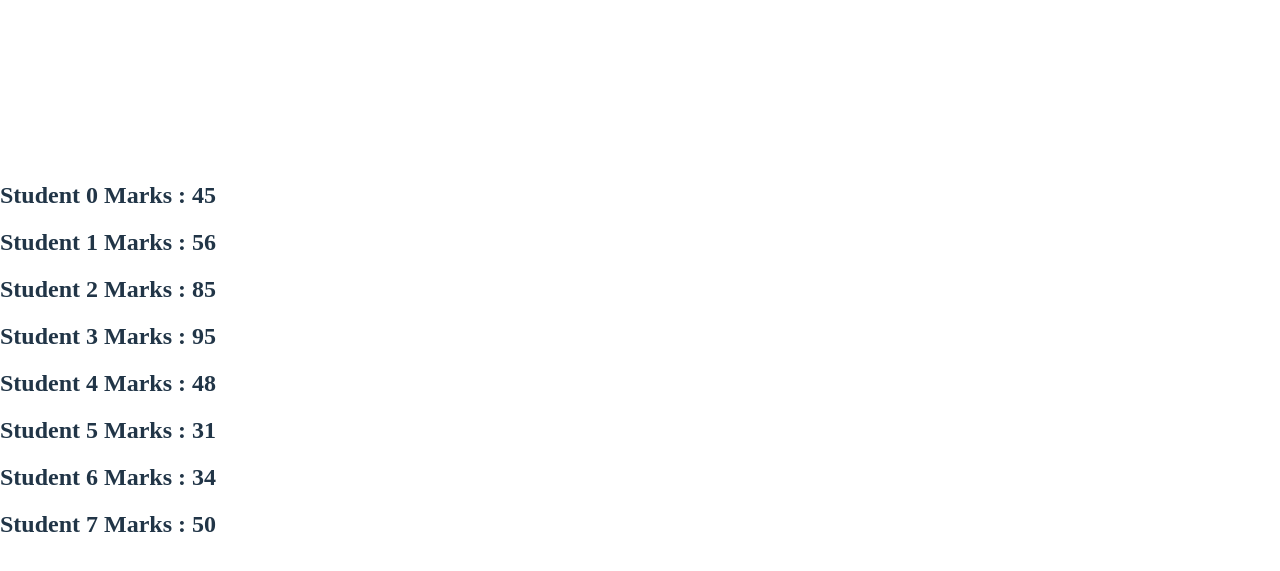
Repository: robin-webdev/frontend
Page: / (app in Reactjs/Reactjs_01/)
These files come from the project's save history. The page is drawn as it stood at one moment and after the next save; the edit follows.
The browser window is 1280 px wide. The pictures show the whole page.
The project was rebuilt for these pictures with package versions that can differ from the ones it lists, and the page was loaded fresh each time. Also part of the build but not shown: Reactjs/Reactjs_01/vite.config.js.

Above is the page before, as saved 2026-01-17 23:25:41.

After the next save:
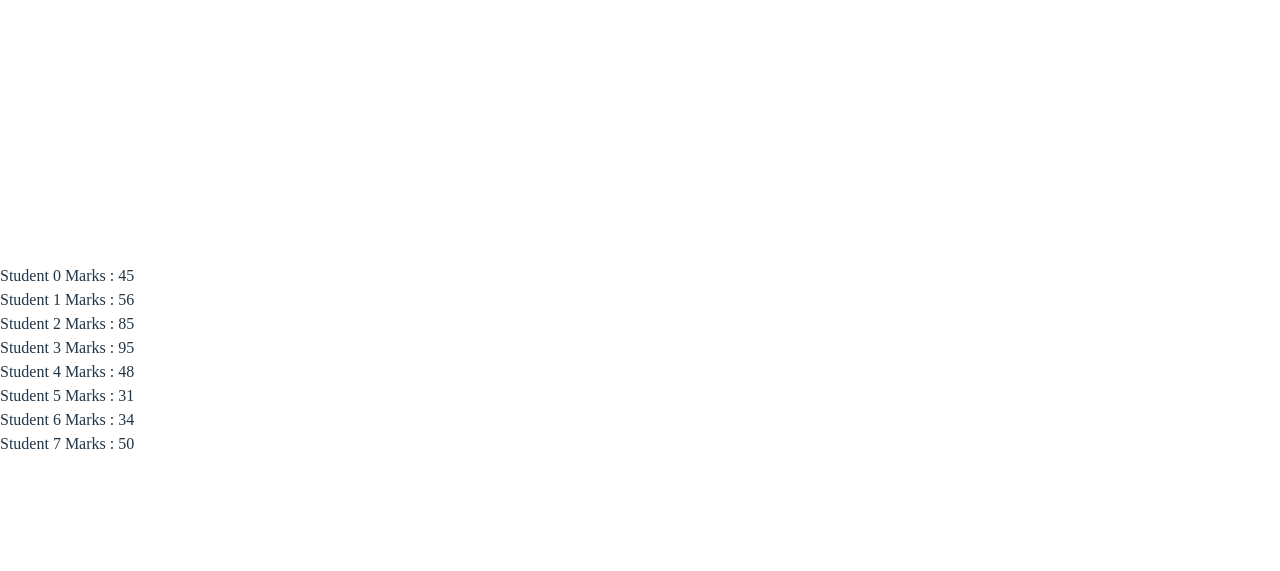
Saved 4 s later.
--- a/Reactjs/Reactjs_01/src/index.css
+++ b/Reactjs/Reactjs_01/src/index.css
@@ -1,4 +1,6 @@
-@import "tailwindcss": root {
+@import "tailwindcss";
+
+: root {
   font-family: system-ui, Avenir, Helvetica, Arial, sans-serif;
   line-height: 1.5;
   font-weight: 400;
